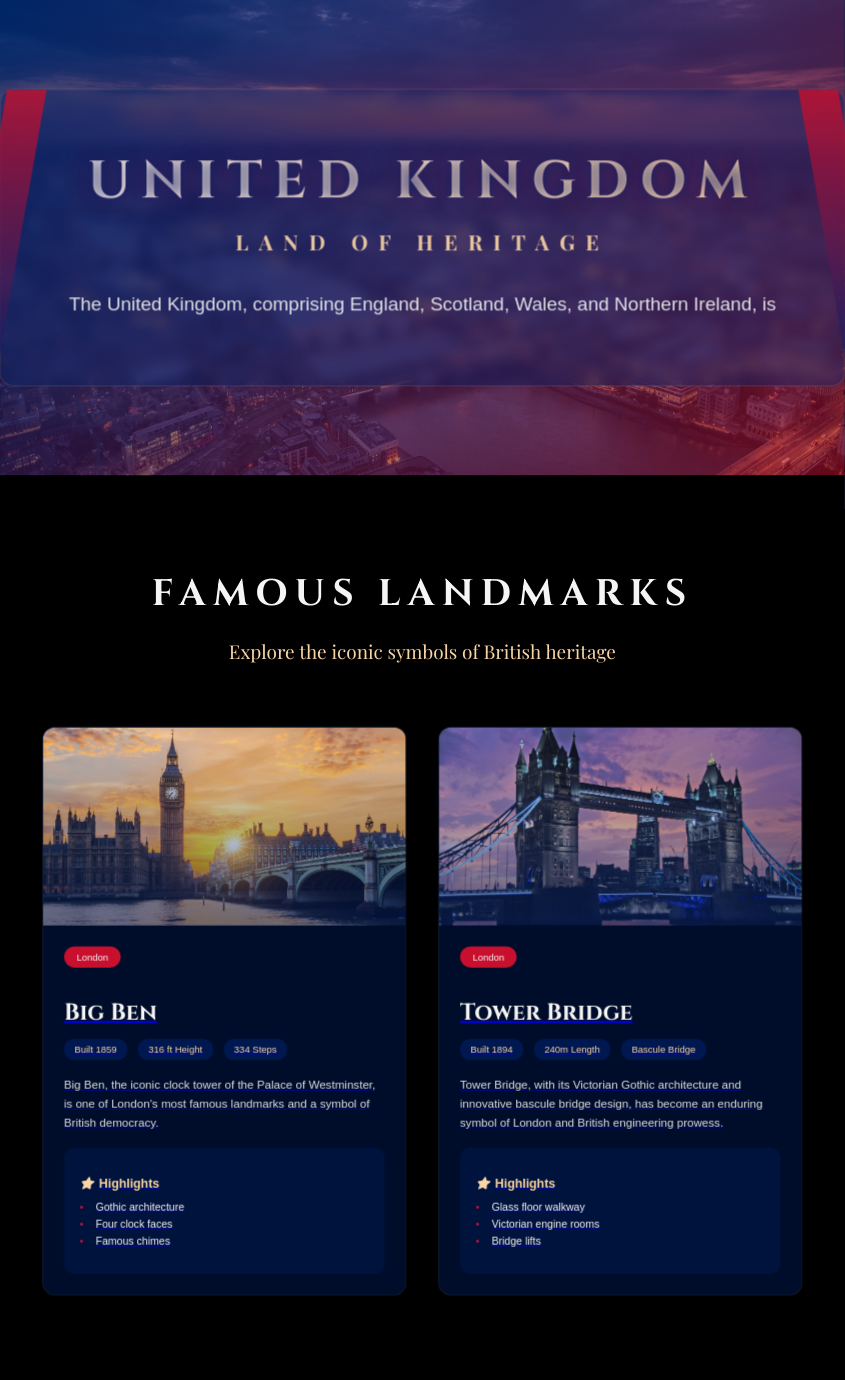
Repository: huang-heavenly-Emperor/NewYork
Page: uk.html
An editor plug-in stored every save of this project. The page is shown before and after a run of saves, followed by the edit.
The browser window is 1280 px wide. The pictures show the whole page, at 66% of full size.
Backgrounds fixed to the window are drawn as part of the page.

Above is the page before, as saved 2025-02-19 16:09:29.
Not found: images/british-pattern.png
Not found: images/uk-pattern.jpg

After the next 2 saves:
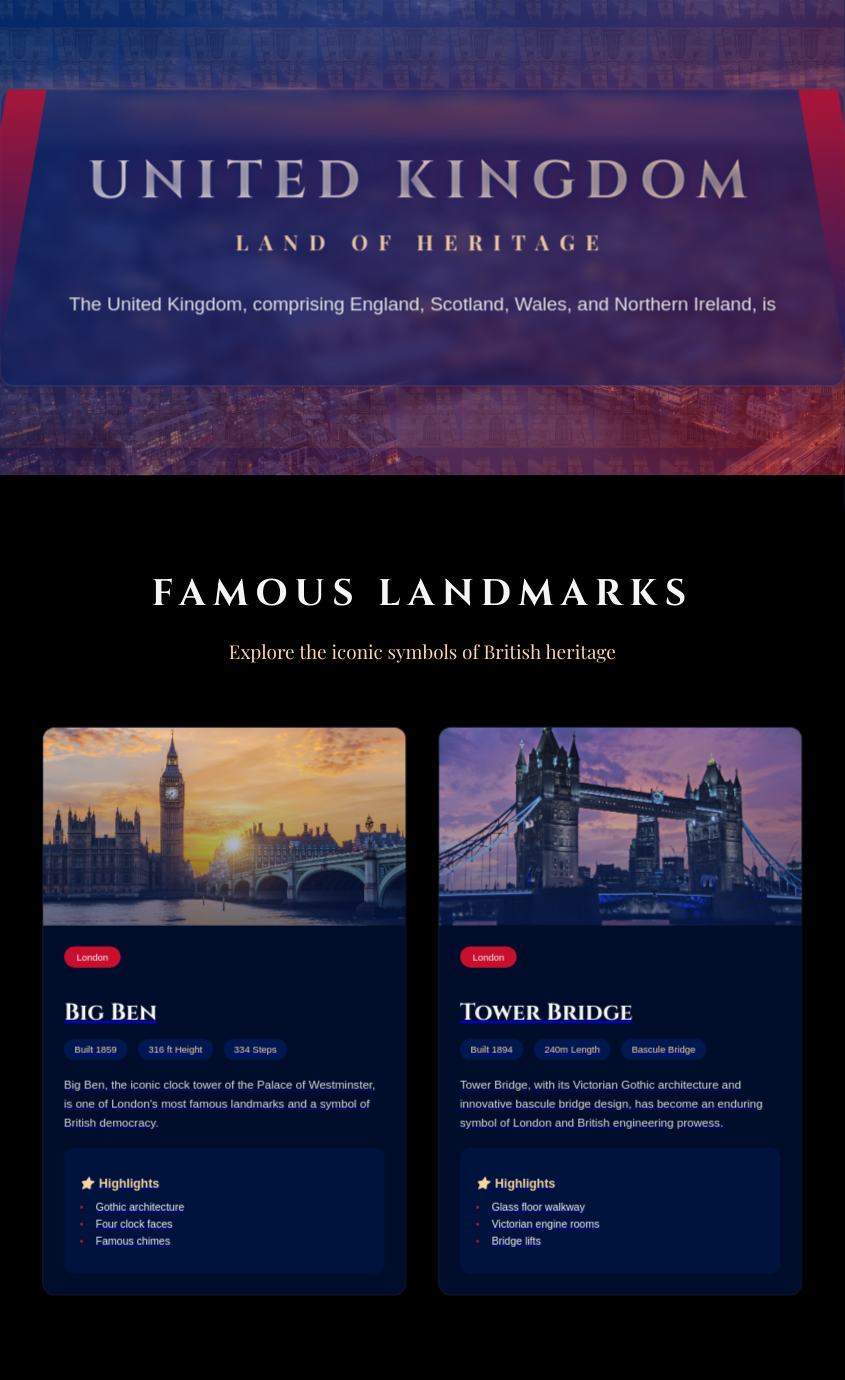
The 2 saves are shown as one change because they came seconds apart.
The last was saved 3 min 13 s later.
--- a/css/uk.css
+++ b/css/uk.css
@@ -44,7 +44,7 @@
     position: absolute;
     width: 100%;
     height: 150px;
-    background-image: url('../images/british-pattern.png');
+    background-image: url('../images/british-pattern.jpg');
     background-size: 100px;
     background-repeat: repeat;
     opacity: 0.1;
